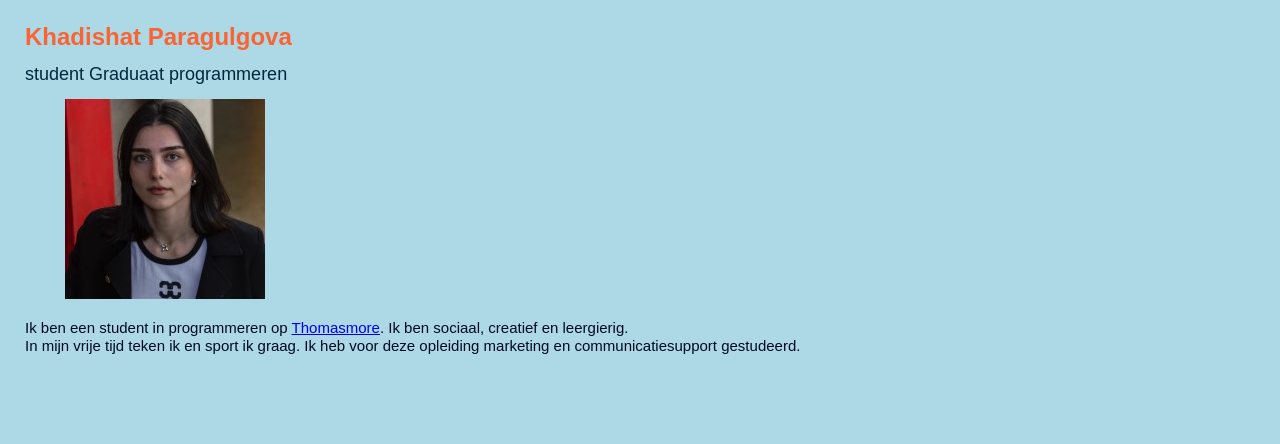
Repository: khadishat00/portfolio
Page: index.html
These files come from the project's save history. The page is drawn as it stood at one moment and after a run of saves; the edit follows.
The browser window is 1280 px wide. The pictures show the whole page.

Above is the page before, as saved 2026-09-24 14:44:53.

After the next 2 saves:
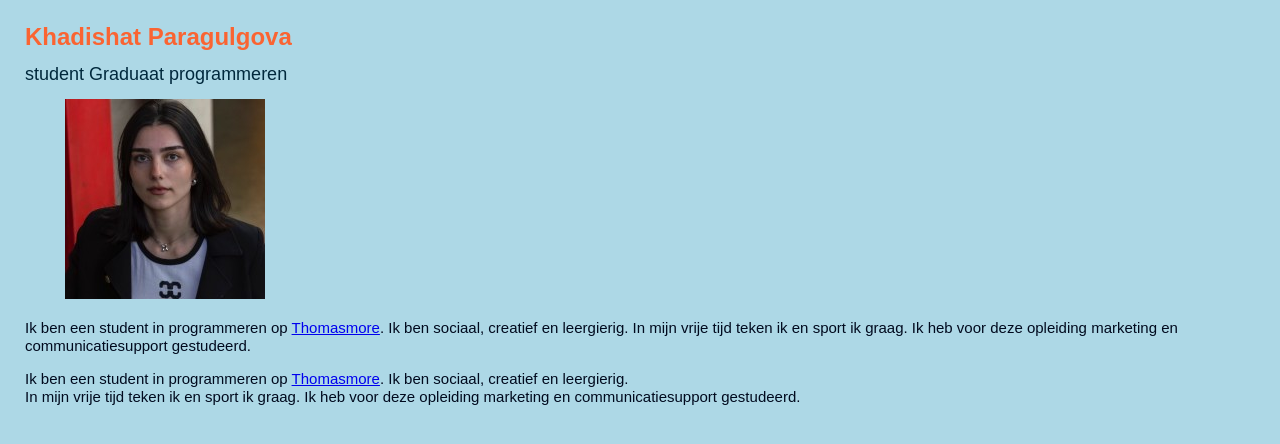
The 2 saves are shown as one change because they came seconds apart.
The last was saved 112 s later.
--- a/index.html
+++ b/index.html
@@ -58,6 +58,13 @@ figure {
     <p>
       Ik ben een student in programmeren op
       <a href="https://thomasmore.be/nl">Thomasmore</a>. Ik ben sociaal,
+      creatief en leergierig. In mijn vrije tijd teken ik en sport ik graag. Ik
+      heb voor deze opleiding marketing en communicatiesupport gestudeerd.
+    </p>
+
+     <p>
+      Ik ben een student in programmeren op
+      <a href="https://thomasmore.be/nl">Thomasmore</a>. Ik ben sociaal,
       creatief en leergierig. <br>In mijn vrije tijd teken ik en sport ik graag. Ik
       heb voor deze opleiding marketing en communicatiesupport gestudeerd.
     </p>
